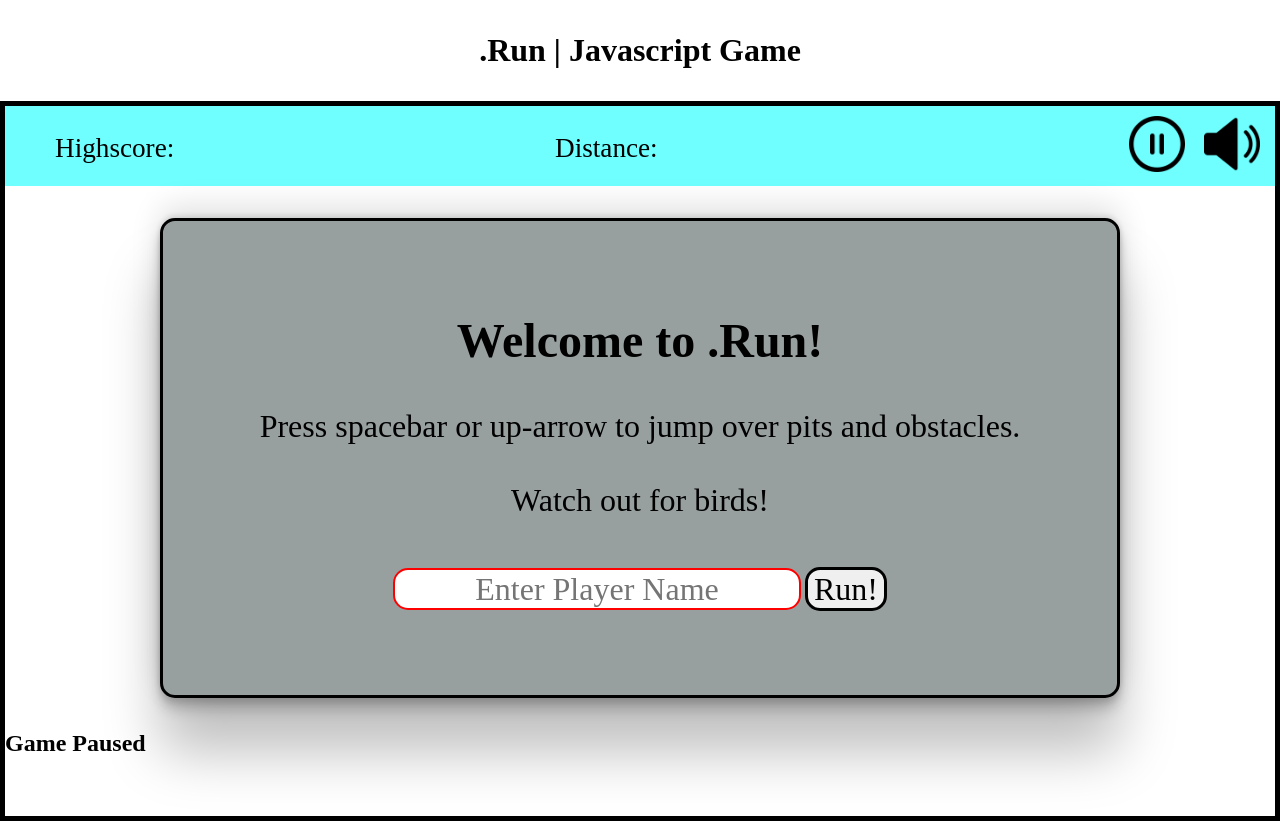
Repository: jellymel0n/bit-biker
Page: index.html
These files come from the project's save history. The page is drawn as it stood at one moment and after the next save; the edit follows.
The browser window is 1280 px wide. The pictures show the whole page.

Above is the page before, as saved 2021-07-05 10:17:39.

### index.html
<!DOCTYPE html>
<html lang="en">
<head>
    <meta charset="UTF-8">
    <meta http-equiv="X-UA-Compatible" content="IE=edge">
    <meta name="viewport" content="width=device-width, initial-scale=1.0">
    <!-- CSS reset/normalize -->
    <link rel="stylesheet" href="styles/normalize-fwd.css">
    <!-- Local CSS -->
    <link rel="stylesheet" href="styles/styles.css">
    <title>.Run | Javascript Game</title>
</head>
<body>
    <h1>.Run | Javascript Game</h1>

    <main id="game-board">
        <!-- Game board header -->
        <div id='game-header'>
            <p id='highscore-text'>Highscore: </p>
            <p id='distance-text'>Distance: </p>
            <div id='btn-pause'>
                <img src="assets/graphics/icons/pause.png" alt="pause button, circle around a pause icon">
            </div>
            <div id='btn-volume'>
                <img src="assets/graphics/icons/volume.png" alt="volume button, speaker icon">
            </div>
            <div id="btn-mute">
                <img src='assets/graphics/icons/mute.png' alt='mute button, speaker icon crossed out'>
            </div>
        </div>
        <!-- End of game board header -->

        <!-- Splash screen - intro -->
        <div id='splash-screen'>
            <h2 id='splash-header'>Welcome to .Run!</h2>
            <p id='splash-text'>Press spacebar or up-arrow to jump over pits and obstacles.<br><br>Watch out for birds!</p>

            <div id="splashInput">
                <input id='player-name' type='text' placeholder='Enter Player Name'>
                <button id='savePlayer'>Run!</button>
            </div>
        </div>
        <!-- End of splash screen -->

        <!-- Pause Screen -->
        <div class="pause-screen">
            <h2>Game Paused</h2>

            <div class="pause-btns">
                <div class="help-btn">

                </div>
                <div class="quit-btn">

                </div>
            </div>
        </div>
        <!-- End of Pause Screen -->

        <!-- Help Screen -->
        <div class="help-screen">

        </div>
        <!-- End of Help Screen -->

    </main>

<!-- jQuery CDN script-->
<script src="https://code.jquery.com/jquery-3.6.0.min.js" integrity="sha256-/xUj+3OJU5yExlq6GSYGSHk7tPXikynS7ogEvDej/m4=" crossorigin="anonymous"></script>
<!-- Local JS script -->
<script src='scripts/script.js'></script>
</body>
</html>

### styles/styles.css
h1 {
    text-align: center;
    margin: 2rem auto;
}

#game-board {
    width: 80rem;
    height: 45rem;
    border: 5px solid black;
    /* border-radius: 10%; */
    margin: 0 auto;
    position: relative;
}

/* Game board header */
div#game-header {
    display: flex;
    justify-content: space-around;
    width: 100%;
    height: 5rem;
    background-color: rgba(0, 255, 255, 0.565);

}

#highscore-text,
#distance-text {
    position: absolute;
}

#highscore-text {
    font-size: 1.7rem;
    left: 50px;
}

#distance-text {
    font-size: 1.7rem;
    left: 550px;
}

#btn-pause img {
    position: absolute;
    width: 3.5rem;
    right: 90px;
    top: 10px;
}

#btn-pause img:hover {
    transform: scale(1.1);
    cursor: pointer;
}

#btn-volume img,
#btn-mute img {
    position: absolute;
    width: 3.5rem;
    right: 15px;
    top: 10px;
}

#btn-volume img:hover,
#btn-mute img:hover  {
    transform: scale(1.1);
    cursor: pointer;
}

#btn-mute {
    display: none;
}

/* end of game board header */

/* Splash screen styles */
#splash-screen {
    width: 60rem;
    height: 30rem;
    margin: 2rem auto;
    border: 3px solid black;
    border-radius: 15px;
    align-content: center;
    background-color: rgb(152, 159, 159);
    box-shadow: rgba(0, 0, 0, 0.25) 0px 54px 55px, rgba(0, 0, 0, 0.12) 0px -12px 30px, rgba(0, 0, 0, 0.12) 0px 4px 6px, rgba(0, 0, 0, 0.17) 0px 12px 13px, rgba(0, 0, 0, 0.09) 0px -3px 5px;
}

#splash-screen h2 {
    text-align: center;
    font-size: 3rem;
}

#splash-text {
    text-align: center;
    font-size: 2rem;
    margin: 0 1rem;
}

#splashInput {
    text-align: center;
    margin-top: 3rem;
}

input[type=text] {
    border: 2px solid red;
    border-radius: 15px;
    font-size: 2rem;
    margin: 0 auto 2rem auto;
    text-align: center;
}

button#savePlayer {
    font-size: 2rem;
    color: black;
    border: 3px solid black;
    border-radius: 15px;
}

button#savePlayer:hover {
    transform: scale(1.1);
    cursor: pointer;
}
/* End of splash screen styles */

### scripts/script.js
'use strict';

const game = {
    title: '.Run',
    isRunning: false,
    player: '',
    obstacles: [],
    keysPressed: [],
    bgLayers: [],
    bgObjects: [],
    loopDuration: [1000 / 50, 1000 / 60, 1000 / 70, 1000 / 80],
    lastKeyFrame: null,

    getPlayerName: () => {
        game.player = $('#player-name').val();
    },

}


// Event Handlers
$('#savePlayer').on('click', function() {
    game.getPlayerName();
    $('#splash-screen').toggle();
    game.isRunning = true;
});

$('#btn-volume').on('click', function() {
    $('#btn-volume').toggle();
    $('#btn-mute').toggle();
})

$('#btn-mute').on('click', function() {
    $('#btn-volume').toggle();
    $('#btn-mute').toggle();
})

Loaded but not shown: styles/normalize-fwd.css (library)

After the next save:
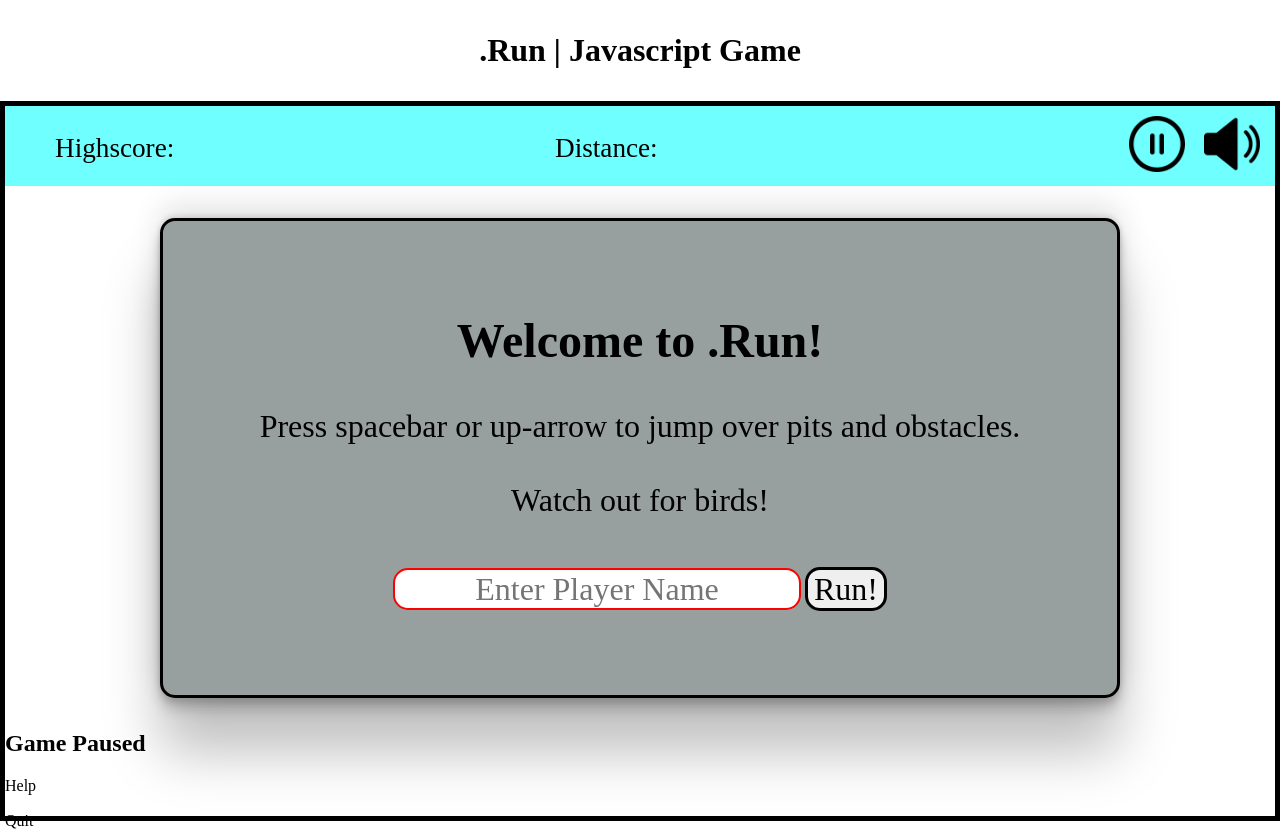
Saved 2 min 51 s later.
--- a/index.html
+++ b/index.html
@@ -48,10 +48,10 @@
 
             <div class="pause-btns">
                 <div class="help-btn">
-
+                    <p id="help-text">Help</p>
                 </div>
                 <div class="quit-btn">
-
+                    <p id="quit-text">Quit</p>
                 </div>
             </div>
         </div>
